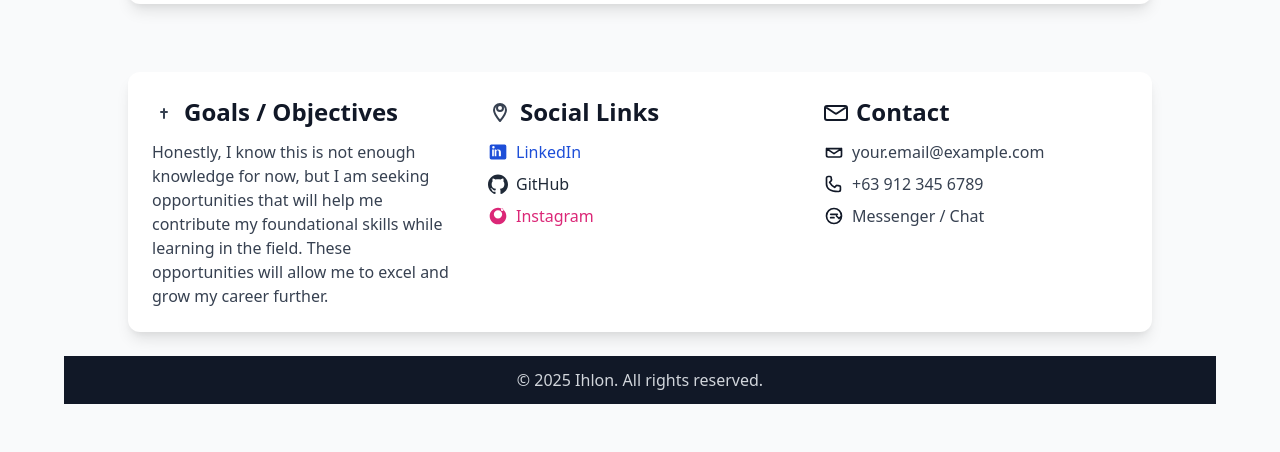
Repository: MeekSharkdev/cv-portfolio
Page: index.html
These files come from the project's save history. The page is drawn as it stood at one moment and after the next save; the edit follows.
The browser window is 1280 px wide. The pictures show the part of the page from y = 2196 to 2648 px (the page is 2648 px tall).
A picture or video elsewhere on the page could not be fetched, so the positions and the page height are approximate.

Above is the page before, as saved 2026-01-31 16:44:28.
Not found: styles.css

After the next save:
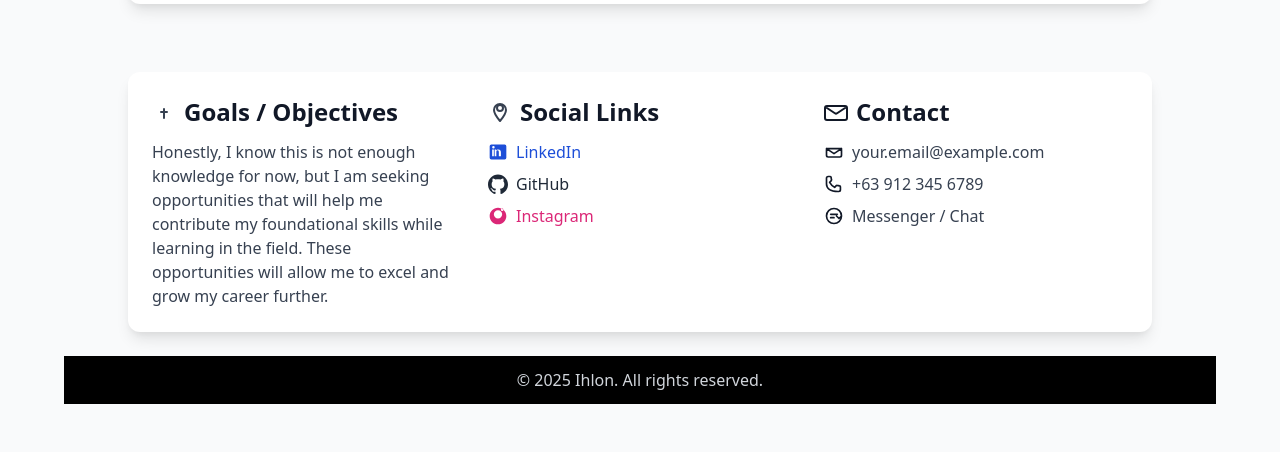
Saved 40 s later.
--- a/index.html
+++ b/index.html
@@ -478,14 +478,13 @@
 </style>
 
 <!-- Footer Section -->
-<footer class="bg-gray-900 text-gray-300 w-full">
+<footer class="bg-black text-gray-300 w-full">
     <div class="max-w-full mx-0 px-4 py-3 text-center">
         &copy; 2025 Ihlon. All rights reserved.
     </div>
 </footer>
 
 
-
 </body>
 
 </html>
